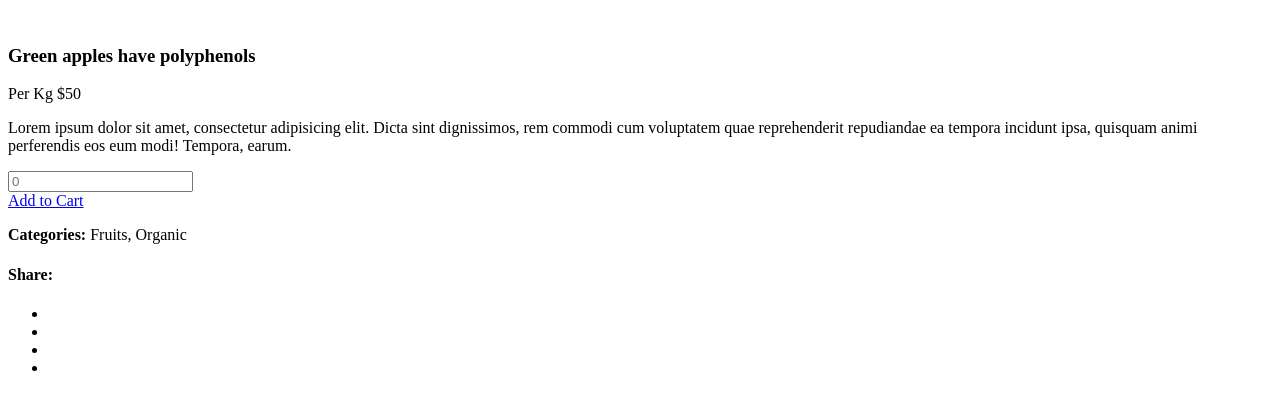
Repository: minhtu5502/Java5
Page: src/main/resources/templates/user/content/itemPage.html
These files come from the project's save history. The page is drawn as it stood at one moment and after the next save; the edit follows.
The browser window is 1280 px wide. The pictures show the whole page.

Above is the page before, as saved 2022-06-13 15:52:59.

### src/main/resources/templates/user/content/itemPage.html
<!DOCTYPE html>
<html xmlns:th="http://www.thymeleaf.org" xmlns:layout="http://www.utraq.net.nz/thymeleaf/layout" lang="en">

<head>
  <meta charset="UTF-8">
  <meta http-equiv="X-UA-Compatible" content="IE=edge">
  <meta name="viewport" content="width=device-width, initial-scale=1.0">
  <title>Document</title>
</head>

<body>
  <main class="mt-5 pt-4" th:fragment="page">
    <div class="single-product mt-150 mb-150">
      <div class="container">
        <div class="row">
          <div class="col-md-5">
            <div class="single-product-img">
              <img th:src="${'data:[embedded picture, 23 characters]'+ item.image}" alt="">
            </div>
          </div>
          <div class="col-md-7">
            <div class="single-product-content">
              <h3>Green apples have polyphenols</h3>
              <p class="single-product-pricing"><span>Per Kg</span> $50</p>
              <p>Lorem ipsum dolor sit amet, consectetur adipisicing elit. Dicta sint dignissimos, rem commodi cum voluptatem quae reprehenderit repudiandae ea tempora incidunt ipsa, quisquam animi perferendis eos eum modi! Tempora, earum.</p>
              <div class="single-product-form">
                <form action="index.html">
                  <input type="number" placeholder="0">
                </form>
                <a href="cart.html" class="cart-btn"><i class="fas fa-shopping-cart"></i> Add to Cart</a>
                <p><strong>Categories: </strong>Fruits, Organic</p>
              </div>
              <h4>Share:</h4>
              <ul class="product-share">
                <li><a href=""><i class="fab fa-facebook-f"></i></a></li>
                <li><a href=""><i class="fab fa-twitter"></i></a></li>
                <li><a href=""><i class="fab fa-google-plus-g"></i></a></li>
                <li><a href=""><i class="fab fa-linkedin"></i></a></li>
              </ul>
            </div>
          </div>
        </div>
      </div>
    </div>
  </main>
  <!--Main layout-->
</body>

</html>

After the next save:
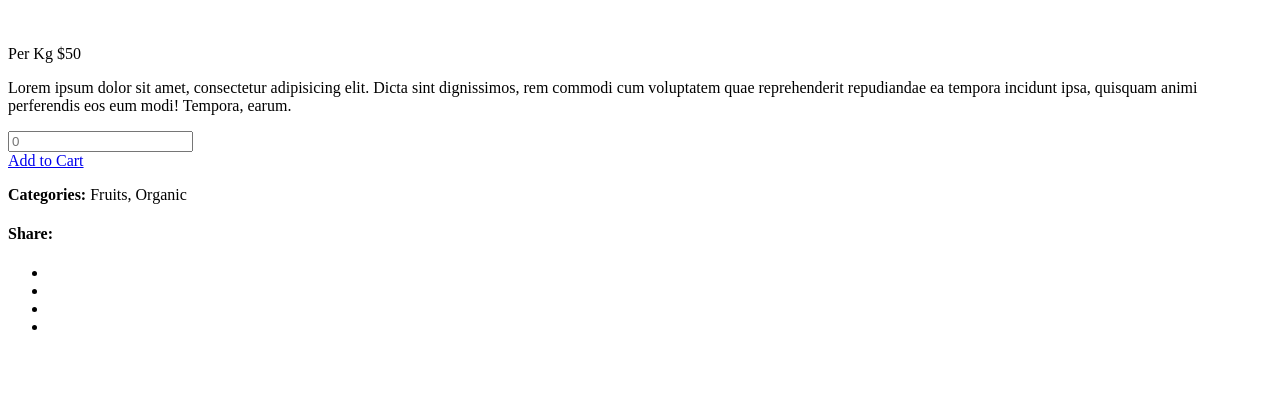
Saved 27 s later.
--- a/src/main/resources/templates/user/content/itemPage.html
+++ b/src/main/resources/templates/user/content/itemPage.html
@@ -20,7 +20,7 @@
           </div>
           <div class="col-md-7">
             <div class="single-product-content">
-              <h3>Green apples have polyphenols</h3>
+              <h3></h3>
               <p class="single-product-pricing"><span>Per Kg</span> $50</p>
               <p>Lorem ipsum dolor sit amet, consectetur adipisicing elit. Dicta sint dignissimos, rem commodi cum voluptatem quae reprehenderit repudiandae ea tempora incidunt ipsa, quisquam animi perferendis eos eum modi! Tempora, earum.</p>
               <div class="single-product-form">
